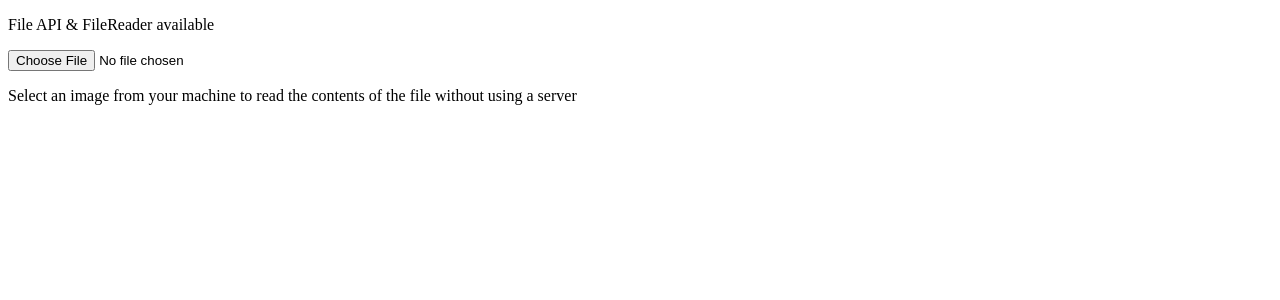
Repository: minkyung0421/jsp_travel_project
Page: http://localhost/Travel_Project/fileUpload2.jsp
An editor plug-in stored every save of this project. The page is shown before and after a run of saves, followed by the edit.
The browser window is 1280 px wide. The pictures show the whole page.
The page is served by Tomcat 9. Other server files are loaded and not shown.

Above is the page before, as saved 2018-08-20 08:51:22.

### jsp_travel_project/Travel_Project/WebContent/fileUpload2.jsp
<%@ page language="java" contentType="text/html; charset=EUC-KR"
pageEncoding="EUC-KR"%>
<!DOCTYPE html PUBLIC "-//W3C//DTD HTML 4.01 Transitional//EN" "http://www.w3.org/TR/html4/loose.dtd">
<html>
<head>
<meta http-equiv="Content-Type" content="text/html; charset=EUC-KR">
<title>Insert title here</title>
</head>
<article>
  <p id="status">File API & FileReader API not supported</p>
  <p><input type=file></p>
  <p>Select an image from your machine to read the contents of the file without using a server</p>
  <div id="holder"></div>
</article>
<script>
var upload = document.getElementsByTagName('input')[0],
    holder = document.getElementById('holder'),
    state = document.getElementById('status');

if (typeof window.FileReader === 'undefined') {
  state.className = 'fail';
} else {
  state.className = 'success';
  state.innerHTML = 'File API & FileReader available';
}

upload.onchange = function (e) {
  e.preventDefault();

  var file = upload.files[0],
      reader = new FileReader();
  reader.onload = function (event) {
    var img = new Image();
    img.src = event.target.result;
    // note: no onload required since we've got the dataurl...I think! :)
    if (img.width > 560) { // holder width
      img.width = 560;
    }
    holder.innerHTML = '';
    holder.appendChild(img);
  };
  reader.readAsDataURL(file);

  return false;
};
</script>
<body>
</body>
</html>

After the next 2 saves:
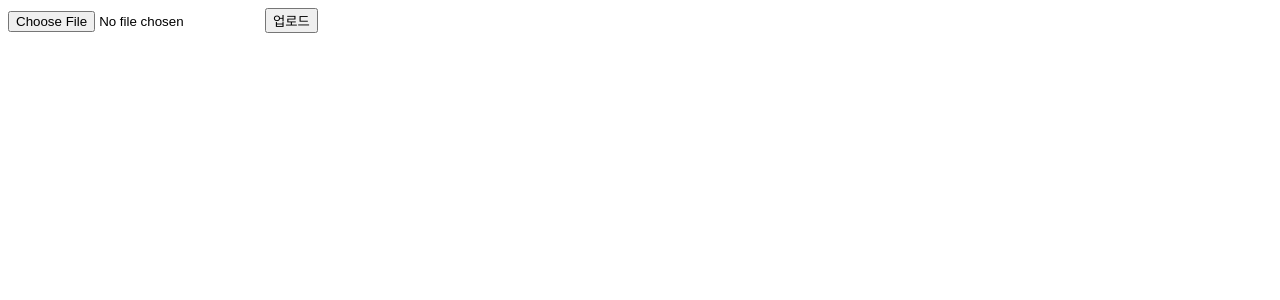
The 2 saves are shown as one change because they came seconds apart.
The last was saved 2 min 13 s later.
--- a/jsp_travel_project/Travel_Project/WebContent/fileUpload2.jsp
+++ b/jsp_travel_project/Travel_Project/WebContent/fileUpload2.jsp
@@ -6,44 +6,12 @@ pageEncoding="EUC-KR"%>
 <meta http-equiv="Content-Type" content="text/html; charset=EUC-KR">
 <title>Insert title here</title>
 </head>
-<article>
-  <p id="status">File API & FileReader API not supported</p>
-  <p><input type=file></p>
-  <p>Select an image from your machine to read the contents of the file without using a server</p>
-  <div id="holder"></div>
-</article>
-<script>
-var upload = document.getElementsByTagName('input')[0],
-    holder = document.getElementById('holder'),
-    state = document.getElementById('status');
+<form method="post" enctype="multipart/form-data" action="imgup.jsp">
+<input type="file" name="filename1" size=40>
+<input type="submit" value="업로드"><br><br>
+</form>
 
-if (typeof window.FileReader === 'undefined') {
-  state.className = 'fail';
-} else {
-  state.className = 'success';
-  state.innerHTML = 'File API & FileReader available';
-}
+<body>
 
-upload.onchange = function (e) {
-  e.preventDefault();
-
-  var file = upload.files[0],
-      reader = new FileReader();
-  reader.onload = function (event) {
-    var img = new Image();
-    img.src = event.target.result;
-    // note: no onload required since we've got the dataurl...I think! :)
-    if (img.width > 560) { // holder width
-      img.width = 560;
-    }
-    holder.innerHTML = '';
-    holder.appendChild(img);
-  };
-  reader.readAsDataURL(file);
-
-  return false;
-};
-</script>
-<body>
 </body>
 </html>
